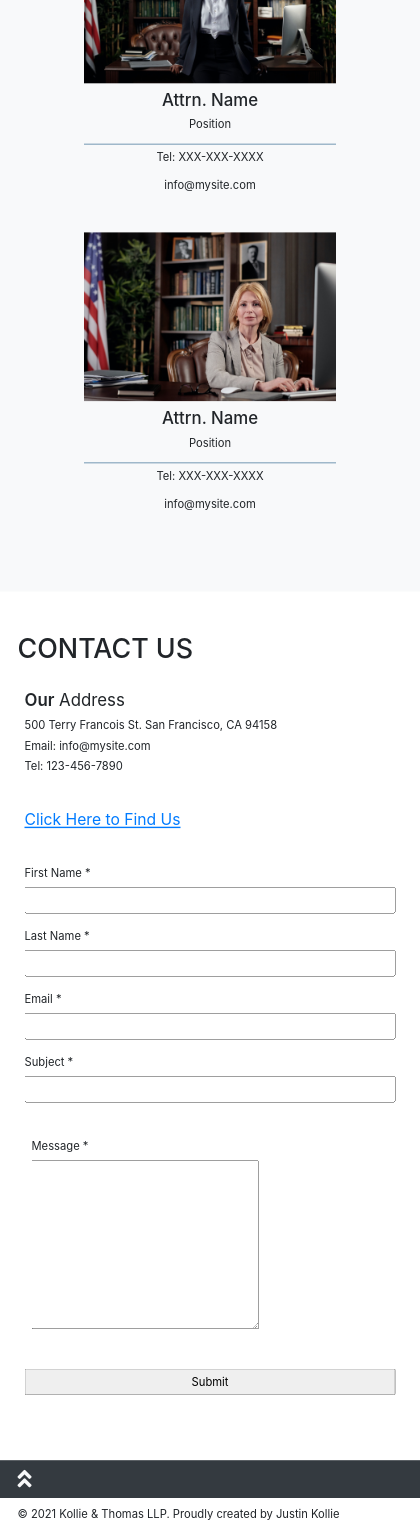
Repository: just-mann/kolllie-kolliellp
Page: index.html
The author's editor kept a copy of each file at every save. The page is drawn from the files as they stood at one save, then again after a run of saves.
The browser window is 600 px wide. The pictures show the part of the page from y = 3850 to 6090 px (the page is 6050 px tall before and 6090 px after), at 70% of full size.

Above is the page before, as saved 2021-06-02 01:11:57.

### index.html
<!DOCTYPE html>
<html lang="en">
<head>
    <meta charset="UTF-8">
    <meta name="viewport" content="width=device-width, initial-scale=1.0">
    <meta http-equiv="X-UA-Compatible" content="ie=edge">
    <meta name="Description" content="Enter your description here"/>
    <!-- Font Awesome Icons -->
    <link rel="stylesheet" href="https://cdnjs.cloudflare.com/ajax/libs/font-awesome/5.15.3/css/all.min.css" referrerpolicy="no-referrer" />
    <link rel="stylesheet" href="https://cdnjs.cloudflare.com/ajax/libs/twitter-bootstrap/4.6.0/css/bootstrap.min.css">
    <link rel="stylesheet" href="https://cdnjs.cloudflare.com/ajax/libs/font-awesome/5.15.2/css/all.min.css">
    <link rel="stylesheet" href="assets/css/utilities.css">
    <link rel="stylesheet" href="assets/css/style.css">
    <title>Kollie & Thomas LLP</title>
</head>
<body>
    <nav class="myNavbar">
        <div class="myContainer">
            <a href="#" class="myLogo"><h3>Kollie & Thomas LLP</h3></a>
            <div class="links">
                <a href="#">Home</a>
                <a href="#practiceArea">Practice Area</a>
                <a href="#ourVision">Our Vision</a>
                <a href="#ourAttorneys">Attorneys</a>
                <a href="#contact">Contact</a>
            </div>
            <i class="fas fa-bars fa-1x toggleBar"></i>
        </div>
    </nav>
    <section class="heroSection">
        <div class="myContainer">
            <h3><span>Boutique</span>Law Firm</h3>
            <p>Specializing in Commercial Law & Litigation, Insolvency & Fraud</p>
        </div>
    </section>
    <section class="practiceArea py-5 px-3" id="practiceArea">
        <div class="myContainer">
            <div class="practiceArreaDiv px-2">
                <div class="left__side">
                    <h3><span>Practice</span> Areas</h3>
                </div>
                <div class="right__side">
                    <ul>
                        <div class="left">
                            <li><h4>Litigation</h4></li>
                            <p>Lorem ipsum dolor sit amet consectetur adipisicing elit. Accusamus cumque iusto quae minima?</p>
                            <li><h4>Insolvency</h4></li>
                            <p>Lorem ipsum dolor sit amet consectetur adipisicing elit. Accusamus cumque iusto quae minima?</p>
                            <li><h4>Dispute Resolution</h4></li>
                            <p>Lorem ipsum dolor sit amet consectetur adipisicing elit. Accusamus cumque iusto quae minima?</p>
                        </div>
                        <div class="right">
                            <li><h4>Business</h4></li>
                            <p>Lorem ipsum dolor sit amet consectetur adipisicing elit. Accusamus cumque iusto quae minima?</p>
                            <li><h4>Fraud</h4></li>
                            <p>Lorem ipsum dolor sit amet consectetur adipisicing elit. Accusamus cumque iusto quae minima?</p>
                            <li><h4>Tax</h4></li>
                            <p>Lorem ipsum dolor sit amet consectetur adipisicing elit. Accusamus cumque iusto quae minima?</p>
                        </div>
                    </ul>
                </div>
            </div>
        </div>
    </section>
    <section class="ourVision" id="ourVision">
        <div class="myContainer">
            <div class="ourVisionDiv py-5">
                <h3 class="">Our Mission</h3>
                <div>
                    <p>Lorem, ipsum dolor sit amet consectetur adipisicing elit. Deleniti, libero. Voluptatem laboriosam ipsum esse sint deserunt laudantium accusamus nam veniam ad? A deserunt nostrum rerum?</p>
                </div>
                <div>
                    <p>Lorem, ipsum dolor sit amet consectetur adipisicing elit. Deleniti, libero. Voluptatem laboriosam ipsum esse sint deserunt laudantium accusamus nam veniam ad? A deserunt nostrum rerum?</p>
                </div>
                <div>
                    <p>Lorem, ipsum dolor sit amet consectetur adipisicing elit. Deleniti, libero. Voluptatem laboriosam ipsum esse sint deserunt laudantium accusamus nam veniam ad? A deserunt nostrum rerum?</p>
                </div>
            </div>
        </div>
    </section>
    <div class="parallaxImg">
        <!-- <img src="./assets/images/heroImage.jpg" alt="parallaxImg"> -->
    </div>
    <section class="ourAttorneys py-5 px-2 bg-light" id="ourAttorneys">
        <div class="myContainer">
            <h3>Our Attorneys</h3>
            <div class="attorneysDiv mx-auto">
                <div class="attCard">
                    <img src="./assets/images/attrny1.jpg" alt="att1">
                    <div class="firstDiv">
                        <h4>Justin Kollie</h4>
                        <p>Partner</p>
                    </div>
                    <div class="secondDiv">
                        <p>Tel: XXX-XXX-XXXX</p>
                        <p>info@mysite.com</p>
                    </div>
                </div>
                <div class="attCard">
                    <img src="./assets/images/attrny1.jpg" alt="att1">
                    <div class="firstDiv">
                        <h4>Mandela P. Thomas</h4>
                        <p>Partner</p>
                    </div>
                    <div class="secondDiv">
                        <p>Tel: XXX-XXX-XXXX</p>
                        <p>info@mysite.com</p>
                    </div>
                </div>
                <div class="attCard">
                    <img src="./assets/images/attrny2.jpg" alt="att2">
                    <div class="firstDiv">
                        <h4>Attrn. Name</h4>
                        <p>Position</p>
                    </div>
                    <div class="secondDiv">
                        <p>Tel: XXX-XXX-XXXX</p>
                        <p>info@mysite.com</p>
                    </div>
                </div>
                <div class="attCard">
                    <img src="/assets/images/attrny3.jpg" alt="att3">
                    <div class="firstDiv">
                        <h4>Attrn. Name</h4>
                        <p>Position</p>
                    </div>
                    <div class="secondDiv">
                        <p>Tel: XXX-XXX-XXXX</p>
                        <p>info@mysite.com</p>
                    </div>
                </div>
            </div>
        </div>
    </section>
    <section class="contact py-5" id="contact">
        <div class="myContainer">
            <div class="contactDiv">
                <div class="left__side">
                    <h3>Contact Us</h3>
                </div>
                <div class="right__side">
                    <h4><span>Our</span> Address</h4>
                    <div class="addressDiv">
                        <p>500 Terry Francois St. San Francisco, CA 94158</p>
                        <p>Email: info@mysite.com</p>
                        <p>Tel:  123-456-7890</p>
                    </div>
                    <div class="clickToFind my-4 py-4">
                        <a href="#">Click Here to Find Us</a>
                    </div>
                    <form action="">
                        <div class="left__side">
                            <div>
                                <label for="firstName">First Name *</label>
                                <input type="text" name="firstName" required>
                            </div>
                            <div>
                                <label for="lastName">Last Name *</label>
                                <input type="text" name="lastName" required>
                            </div>
                            <div>
                                <label for="email">Email *</label>
                                <input type="email" name="name" required>
                            </div>
                            <div>
                                <label for="subject">Subject *</label>
                                <input type="text" name="subject" required>
                            </div>
                        </div>
                        <div class="right__side">
                            <label for="message">Message *</label>
                            <textarea name="message" id="message" cols="30" rows="10" required></textarea>
                        </div>
                        <div>
                            <input type="submit" value="Submit">
                        </div>
                    </form>
                </div>
            </div>
        </div>
    </section>
    <section class="backUpTop bg-dark">
        <div class="myContainer">
            <i class="fas fa-angle-double-up fa-2x text-light"></i>
        </div>
    </section>
    <footer class="footer">
        <div class="myContainer">
            <p>© 2021 Kollie & Thomas LLP. Proudly created by Justin Kollie</p>
        </div>
    </footer>
    <!-- Optional Scripts -->
    <script src="assets/scripts/myScript.js"></script>
    <script src="https://cdnjs.cloudflare.com/ajax/libs/jquery/3.5.1/jquery.slim.min.js"></script>
    <script src="https://cdnjs.cloudflare.com/ajax/libs/popper.js/1.16.1/umd/popper.min.js"></script>
    <script src="https://cdnjs.cloudflare.com/ajax/libs/twitter-bootstrap/4.6.0/js/bootstrap.min.js"></script>
</body>
</html>

### assets/css/utilities.css
:root {
    --primaryColor: #0a6880;
}

a {
    text-decoration: none;
}

a:hover {
    text-decoration: none;
}

ul li {
    list-style-type: square;
}

.myContainer {
    max-width: 900px;
    margin: 0 auto;
    padding: 10px 25px;
}

### assets/css/style.css
* {
    padding: 0;
    margin: 0;
    box-sizing: border-box;
}

html {
    scroll-behavior: smooth;
}

body {
    /* background-color: rgb(255, 255, 255); */
}

/* Navbar */
.myNavbar {
    padding: 10px 0px;
    background-color: #ffffff;
}

.myNavbar .myContainer {
    display: flex;
    justify-content: space-between;
    align-items: center;
}

.myNavbar .myContainer .myLogo h3 {
    font-size: 1.5em;
}

.myNavbar .myContainer .links {
    display: flex;
    justify-content: center;
    align-items: center;
}

.toggleBar {
    font-size: 1.6em;
    display: none;
    transition: cursor 0.6s;
}

.toggleBar:hover {
    cursor: pointer;
}

.ourVision {
    background-color: var(--primaryColor);
    color: white;
    /* padding: 30px 10px; */
}

.ourVisionDiv h3 {
    font-weight: 400;
    font-size: 2.6rem;
    text-align: left;
    margin-bottom: 25px;
    /* margin: 40px auto; */
}

.ourVisionDiv p {
    font-weight:300;
    font-size: 1.2rem;
    line-height: 2rem;
}

.parallaxImg {
    background-image: url('../images/parallaxImg.jpg');
    min-height: 500px;
    background-attachment: fixed;
    background-position: center;
    background-origin: center;
    background-repeat: no-repeat;
    background-size: cover;
}

.parallaxImg img {
    width: 100%;
}

.contactDiv .left__side h3 {
    font-weight: 450;
}

.contactDiv .right__side h4 {
    font-weight: 400;
}

.contactDiv .right__side h4 span {
    font-weight: 600;
}

.contactDiv .right__side .addressDiv p {
    font-size: 1rem;
    font-weight: 400;
    margin: 5px 0px;
}

.contactDiv .right__side .clickToFind a {
    text-decoration: underline;
    font-size: 1.4rem;
}

@media screen and (max-width: 700px) {
    .myNavbar .myContainer .links {
        display: none;
    }

    .toggleBar {
        display: block;
    }

    .heroSection {
        position: relative;
        height: 75vh;
        display: flex;
        justify-content: center;
        align-items: center;
        background-color: #ffffff;
        background: url('../images/heroImage.jpg') no-repeat center center / cover;
    }

    .heroSection .myContainer * {
        z-index: 100;
    }

    .heroSection::before {
        position: absolute;
        content: "";
        top: 45;
        bottom: 40;
        right: 0;
        background: rgba(8, 54, 66, 0.6);
        width: 97%;
        height: 80%;
        z-index: 0;
    }

    .heroSection .myContainer h3 span {
        color: white;
        font-size: 3rem;
        font-weight: 600;
        text-transform: uppercase;
        display: block;
    }

    .heroSection .myContainer h3 {
        color: white;
        font-size: 2rem;
        text-transform: uppercase;
    }

    .heroSection .myContainer p {
        color: white;
    }

    .left__side h3 span {
        font-size: 2.5rem;
        text-transform: uppercase;
        display: block;
        font-weight: 600;
    }

    .left__side h3 {
        font-size: 2.4rem;
        text-transform: uppercase;
        font-weight: 300;
    }

    .right__side {
        padding: 30px 10px;
        /* background-color: white; */
    }

    .parallaxImg {
        background-image: url('../images/parallaxImg.jpg');
        min-height: 500px;
        background-attachment: scroll;
        background-position: center;
        background-repeat: no-repeat;
        background-size: cover;
    }

    .attorneysDiv {
        grid-template-columns: 1fr;
        width: 100%;
        margin: 0 auto;
    }

    .ourAttorneys .myContainer h3 {
        text-align: center;
        font-size: 2.8em;
        font-weight: 350;
        margin-bottom: 25px;
    }

    .attCard {
        width: 75%;
        padding: 0px 20px;
        margin: 0px auto 35px auto;
        /* text-align: center; */
    }

    .attCard img {
        min-height: 200px;
        width: 100%;
    }

    .attCard .firstDiv {
        padding: 10px 0px 0px 0px;
        text-align: center;
        border-bottom: 2px solid #6991ac9d;
    }

    .secondDiv {
        text-align: center;
        padding: 5px 0px;
    }

    form {
        /* background: pink; */
        max-width: 100%;
    }

    form div {
        margin: 20px 0px 5px 0px;
        max-width: 100%;
    }

    form div label, form div input {
        width: 100%;
    }

    form div input {
        padding: 5px 10px;
    }

    form .right__side textarea




}

### assets/scripts/myScript.js
console.log('It works');

After the next 15 saves:
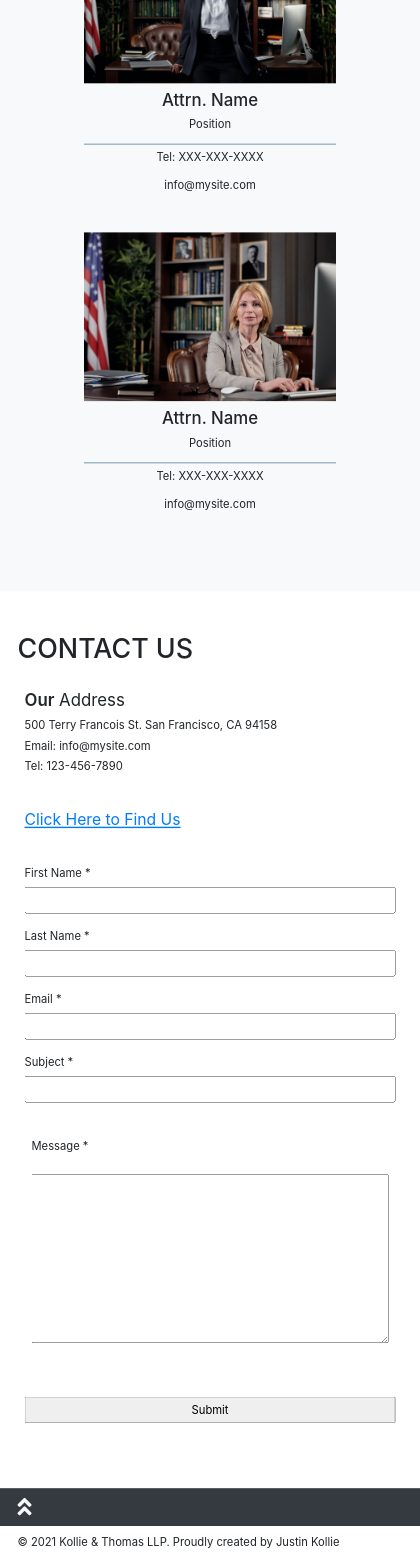
The 15 saves are shown as one change because they came seconds apart.
The last was saved 48 s later.
--- a/assets/css/style.css
+++ b/assets/css/style.css
@@ -235,9 +235,12 @@
         padding: 5px 10px;
     }
 
-    form .right__side textarea
-
-
-
-
-}
+    form .right__side textarea {
+        margin: 20px 0px;
+        width: 100%;
+    }
+
+
+
+
+}

After the 2 saves that followed:
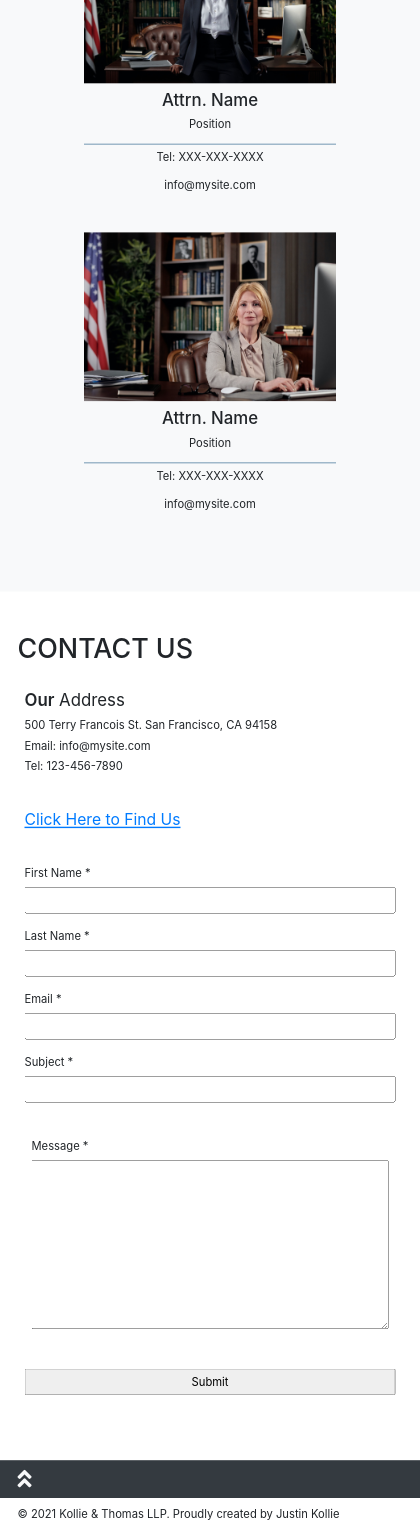
The 2 saves are shown as one change because they came seconds apart.
The last was saved 10 s later.
--- a/assets/css/style.css
+++ b/assets/css/style.css
@@ -236,11 +236,10 @@
     }
 
     form .right__side textarea {
-        margin: 20px 0px;
-        width: 100%;
-    }
-
-
-
-
-}
+        width: 100%;
+    }
+
+
+
+
+}
